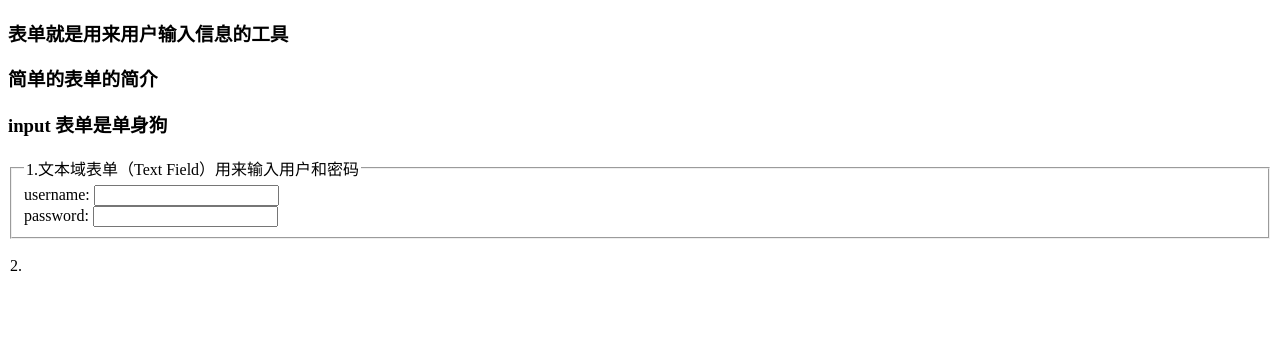
Repository: jarvanstack/vscode
Page: HTML/HTML中From表单.html
These files come from the project's save history. The page is drawn as it stood at one moment and after the next save; the edit follows.
The browser window is 1280 px wide. The pictures show the whole page.

Above is the page before, as saved 2020-06-11 09:44:06.

After the next save:
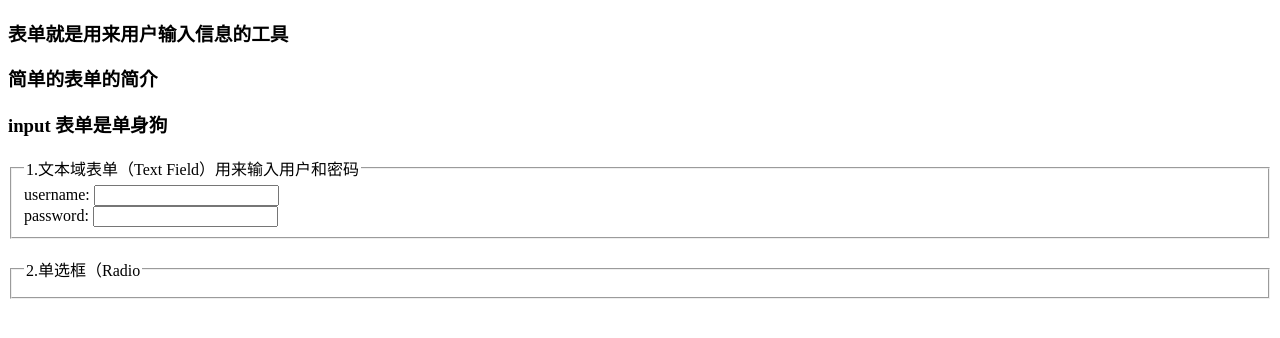
Saved 35 s later.
--- a/HTML/HTML中From表单.html
+++ b/HTML/HTML中From表单.html
@@ -20,6 +20,8 @@
         </span>
     </fieldset>
     <br>
-    <legend>2.</legend>
+    <fieldset>
+        <legend>2.单选框（Radio </legend>
+    </fieldset>
 </body>
 </html>
